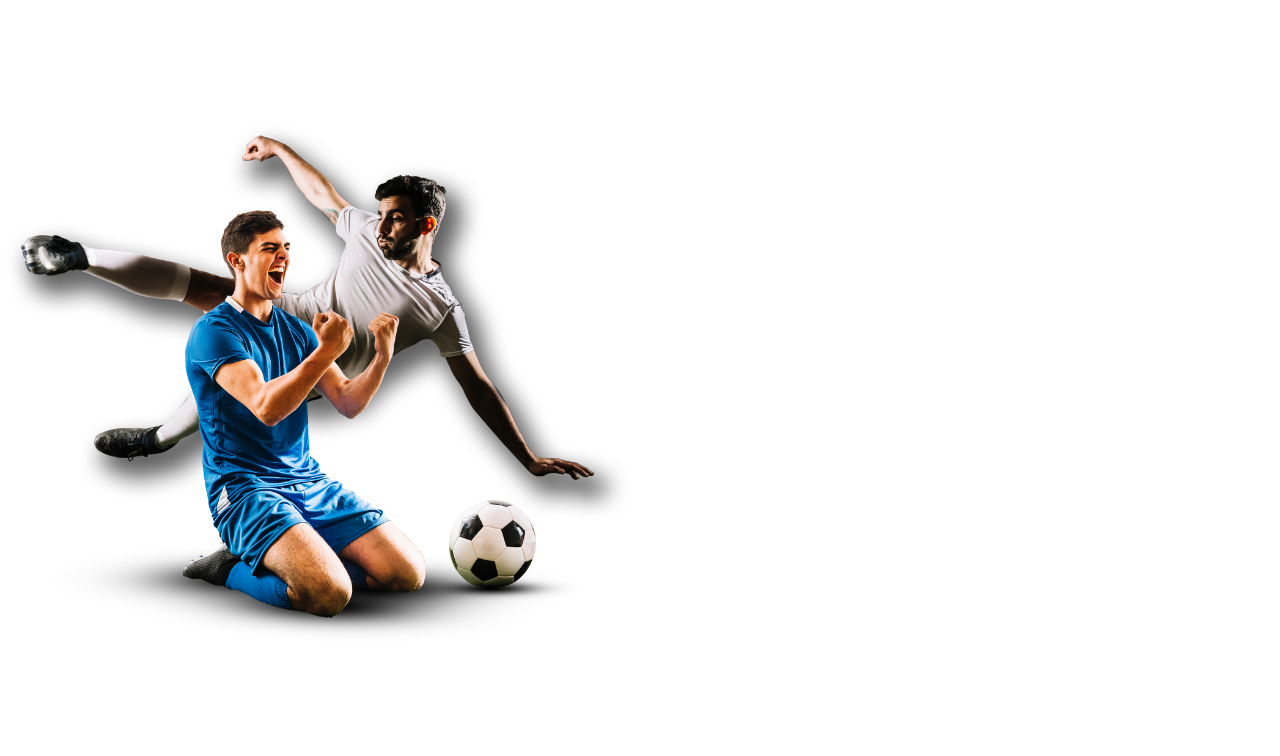
Repository: ritikalohia/tepid-frontend
Page: account.html
These files come from the project's save history. The page is drawn as it stood at one moment and after the next save; the edit follows.
The browser window is 1280 px wide. The pictures show the whole page.

Above is the page before, as saved 2021-06-09 12:20:10.

After the next save:
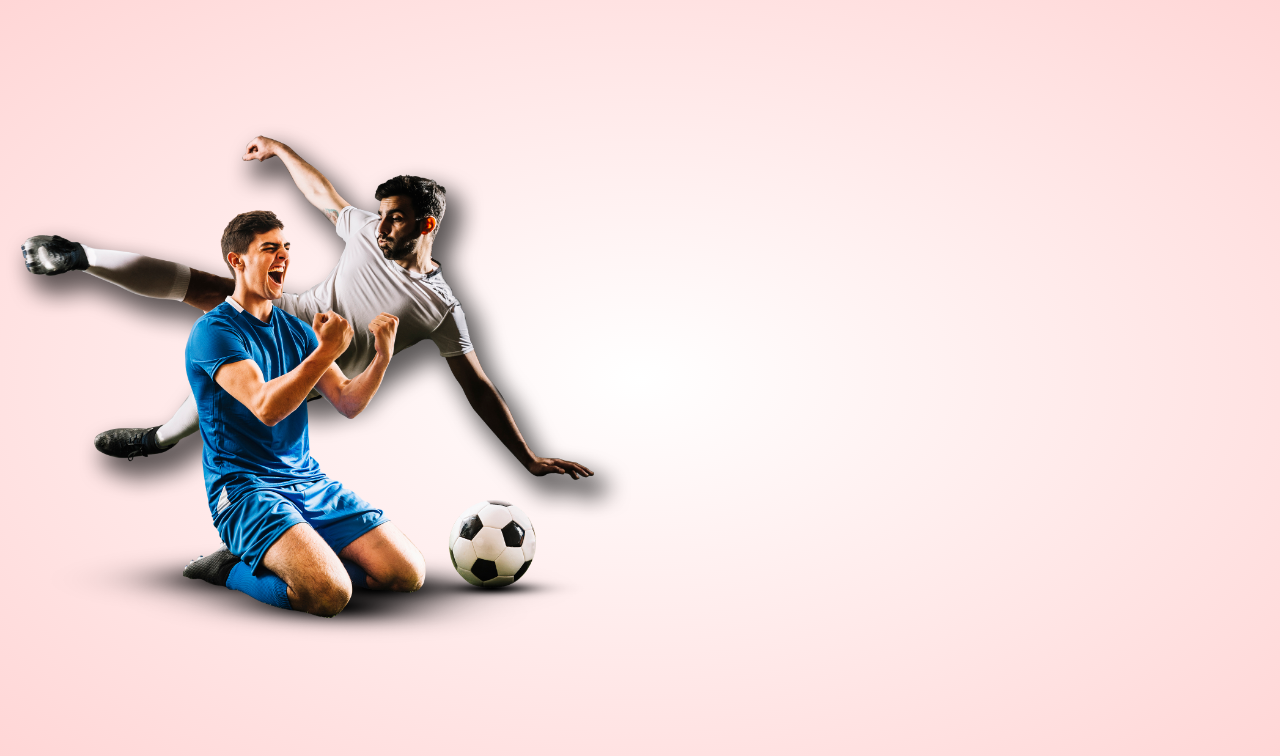
Saved 24 s later.
--- a/style.css
+++ b/style.css
@@ -530,4 +530,5 @@ th:last-child{
 /* account page */
 .account-page{
     padding: 50px 0;
-}
+    background: radial-gradient(#fff, #ffd6d6);
+}
